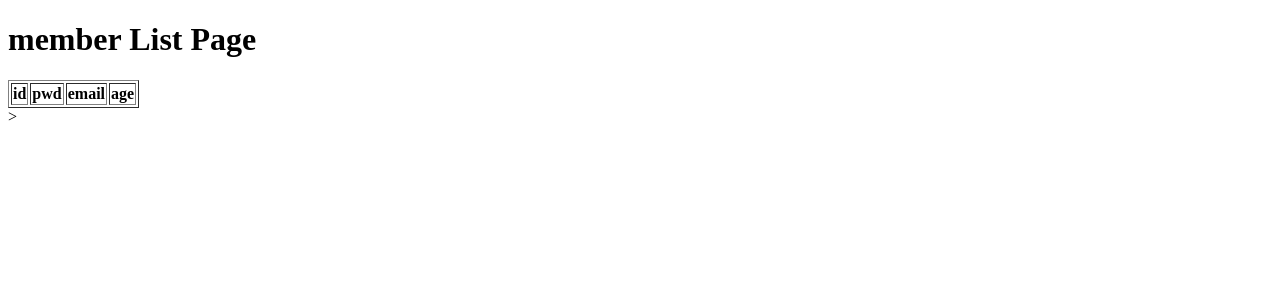
Repository: hwimi/2024-04-12-01
Page: http://localhost/jsp_study/member/list.jsp
An editor plug-in stored every save of this project. The page is shown before and after the next save, followed by the edit.
The browser window is 1280 px wide. The pictures show the whole page.
The page is served by Tomcat 9.

Above is the page before, as saved 2024-04-15 06:50:40.

After the next save:
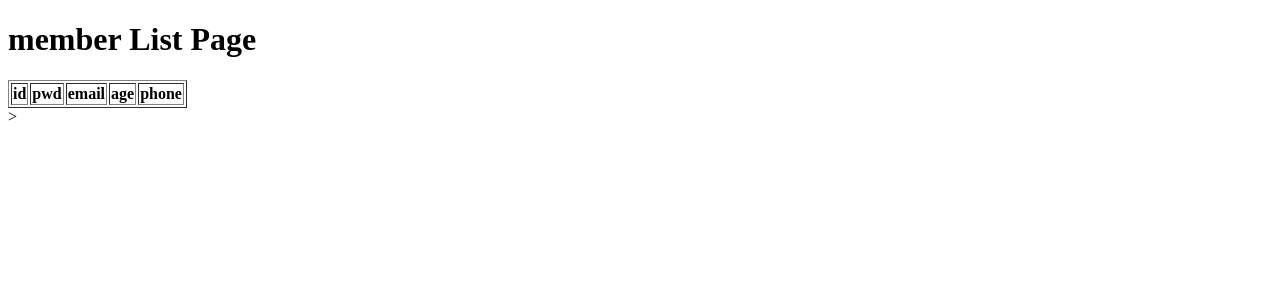
Saved 10 s later.
--- a/jsp_study/src/main/webapp/member/list.jsp
+++ b/jsp_study/src/main/webapp/member/list.jsp
@@ -15,6 +15,7 @@
 	<th>pwd</th>
 	<th>email</th>
 	<th>age</th>
+	<th>phone</th>
 	</tr>
 	</table>>
 </body>
